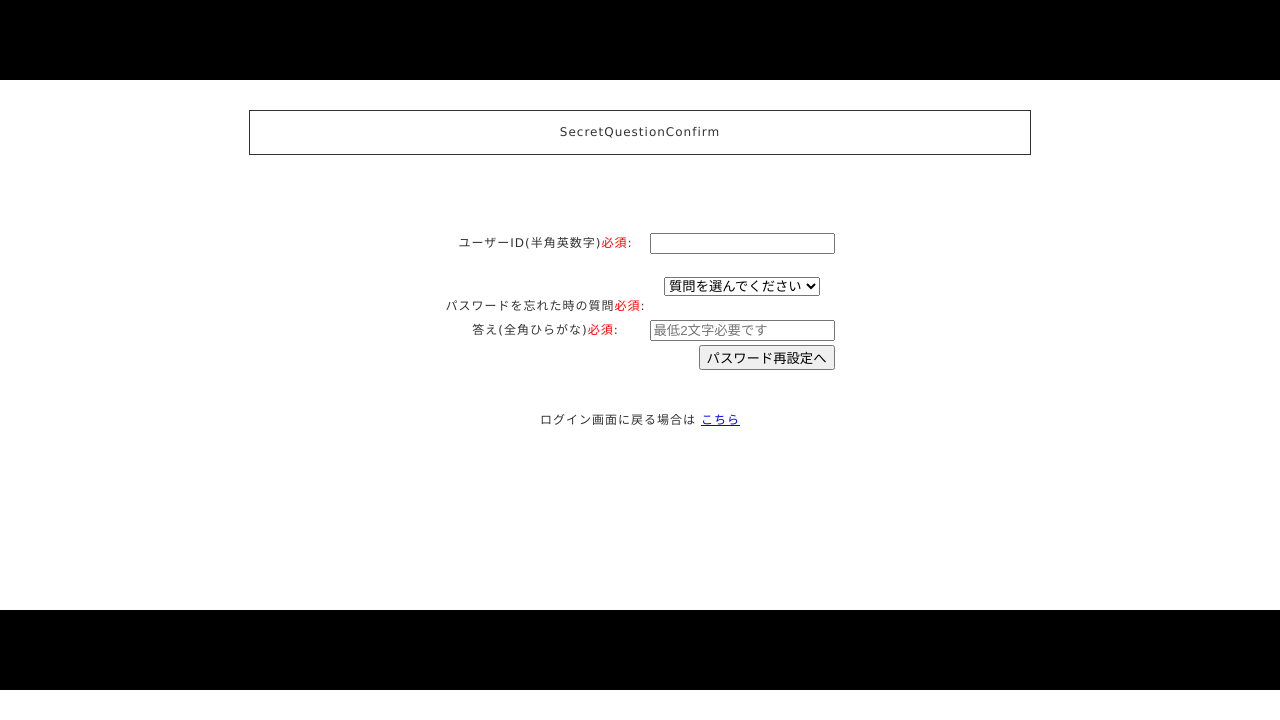
Repository: y321sudo/test2
Page: http://localhost/Yukazon/secretQuestionConfirm.jsp
An editor plug-in stored every save of this project. The page is shown before and after the next save, followed by the edit.
The browser window is 1280 px wide. The pictures show the whole page.
The page is served by Tomcat 9.

Above is the page before, as saved 2018-02-23 06:41:50.

After the next save:
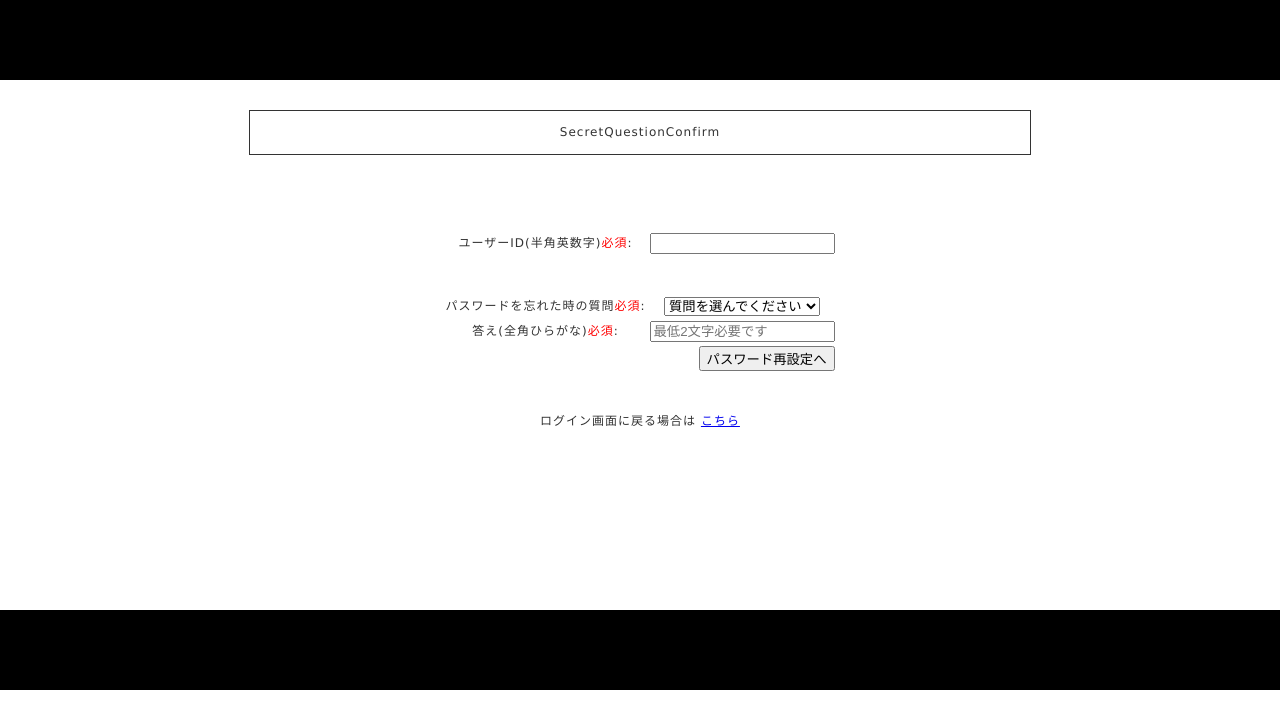
Saved 20 s later.
--- a/Yukazon/WebContent/secretQuestionConfirm.jsp
+++ b/Yukazon/WebContent/secretQuestionConfirm.jsp
@@ -83,7 +83,7 @@
 					<td>
 						<label><br><br>パスワードを忘れた時の質問<font color="red">必須</font>:</label>
 					</td>
-					<td>
+					<td><br><br>
 						<select name="secretQuestion">
 							<option value="質問を選んでください" selected="selected">質問を選んでください</option>
 							<option value="好きな食べ物は？">好きな食べ物は？</option>
